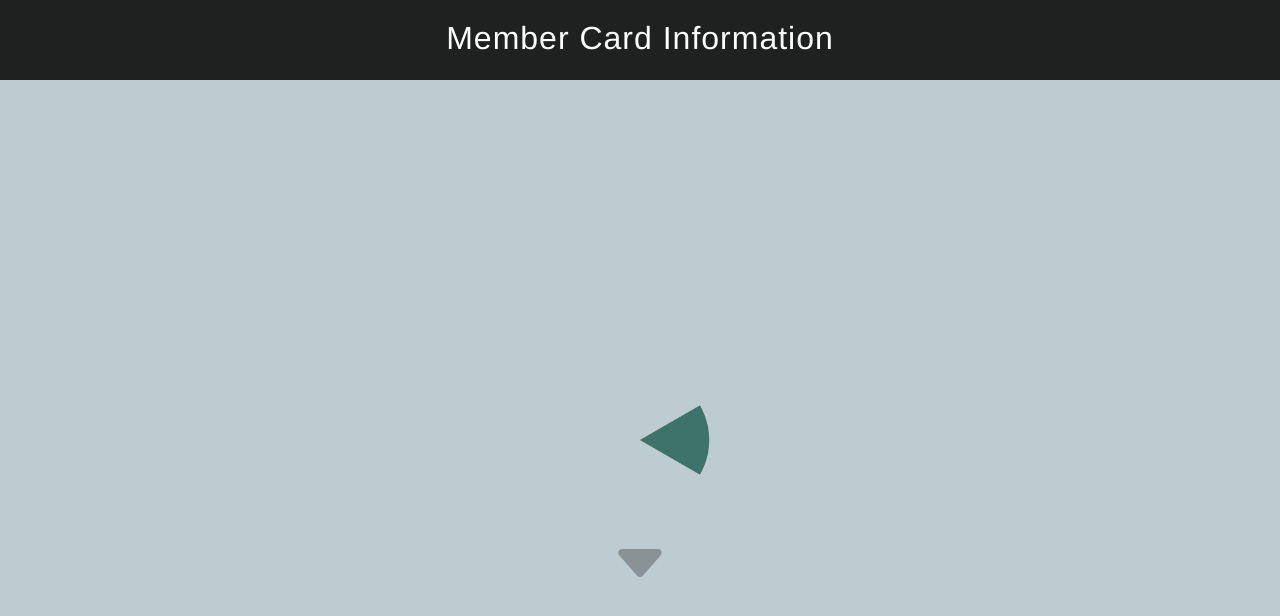
Repository: Leooook/lzhao-fed-test
Page: /
These files come from the project's save history. The page is drawn as it stood at one moment and after the next save; the edit follows.
The browser window is 1280 px wide. The pictures show the whole page.
The page's requests for data from a server got no answer. The project was rebuilt for these pictures with package versions that can differ from the ones it lists, and the page was loaded fresh each time. No one was signed in, and anything a server would have sent is missing. Also part of the build but not shown: src/components/detail.jsx.

Above is the page before, as saved 2021-03-15 21:54:11.

After the next save:
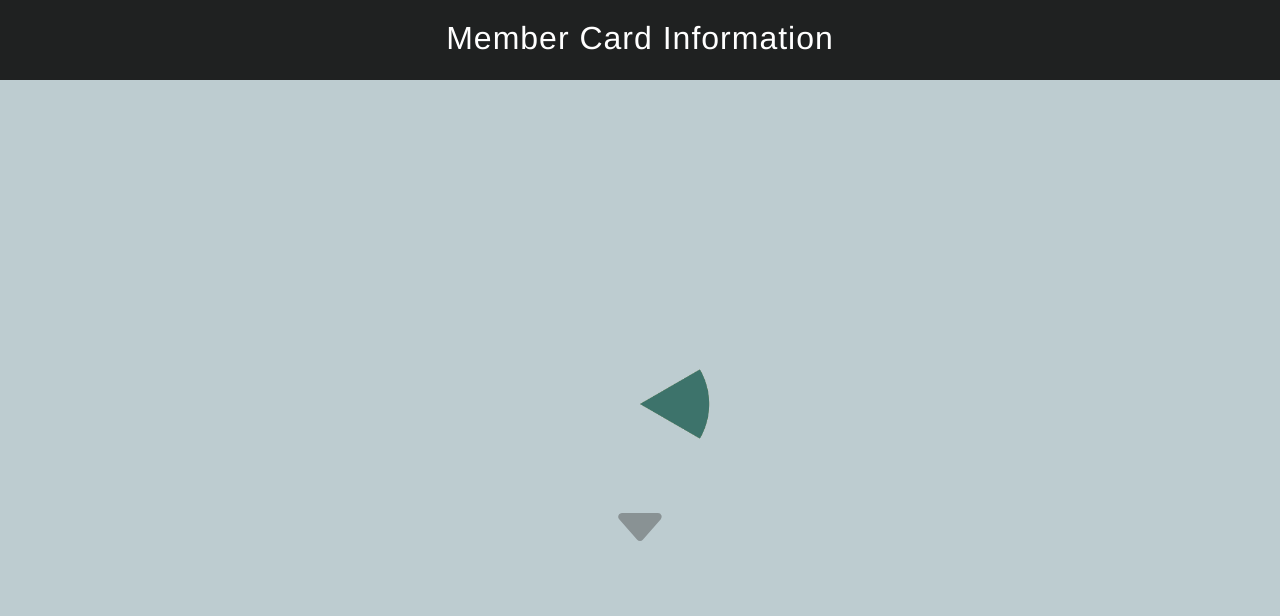
Saved 16 s later.
--- a/src/App.css
+++ b/src/App.css
@@ -70,7 +70,7 @@
 	height: 20vh;
 	width: 20vh;
 	display: block;
-	margin: 40vh auto 0 auto;
+	margin: 35vh auto 0 auto;
 }
 /* end of loader */
 /* feature */
